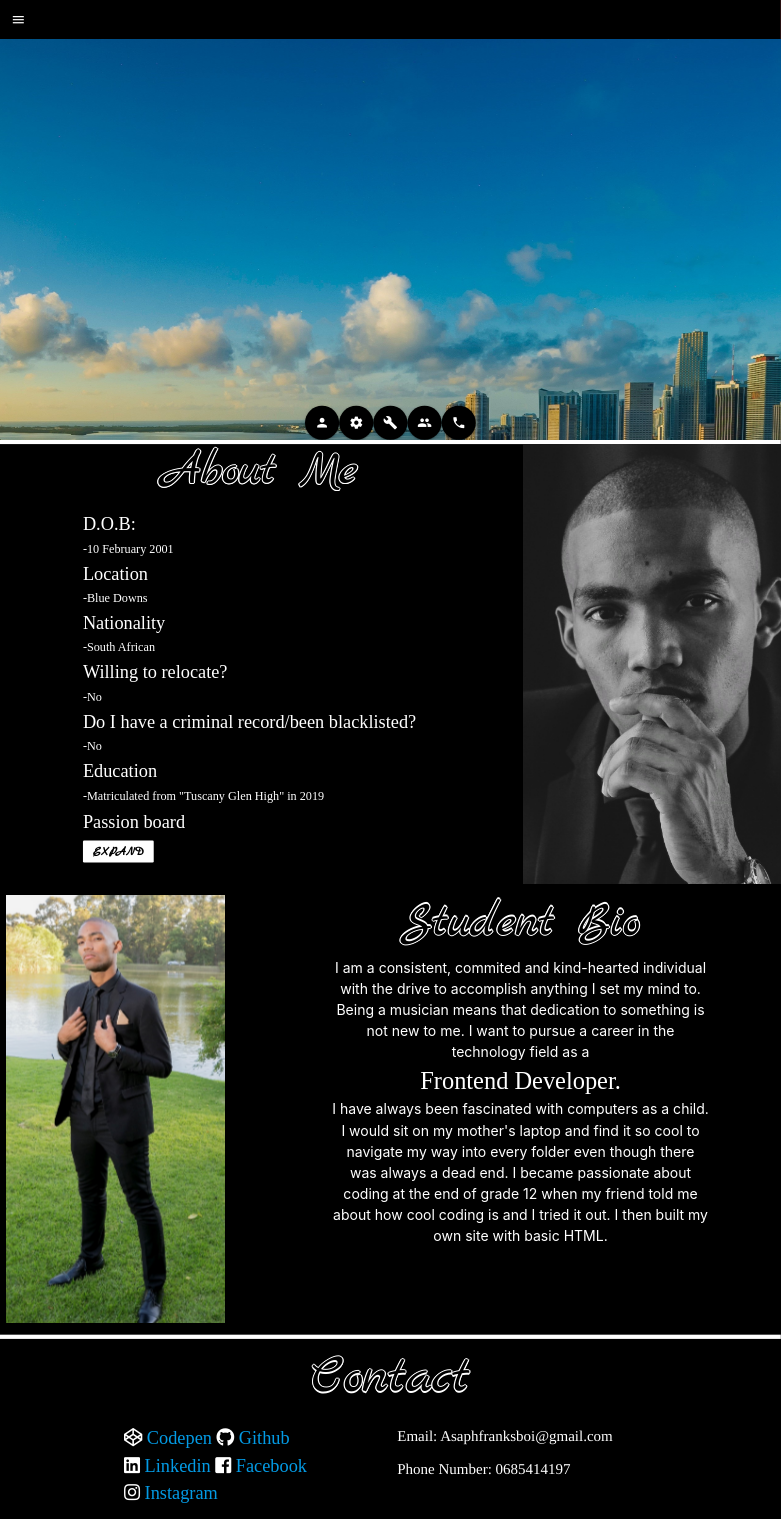
Repository: Ajtheult/portfolio.v3
Page: /portfolio-v3
These files come from the project's save history. The page is drawn as it stood at one moment and after the next save; the edit follows.
The browser window is 1280 px wide. The pictures show the whole page, at 61% of full size.
Some web fonts or font styles are not loaded; a fallback is used. The project was rebuilt for these pictures with package versions that can differ from the ones it lists, and the page was loaded fresh each time. Also part of the build but not shown: src/components/layout/pages/Skills.js, src/components/layout/pages/MyWork.js, src/components/layout/pages/Testimonials.js.

Above is the page before, as saved 2020-07-18 12:08:49.

### public/index.html
<!DOCTYPE html>
<html lang="en">
  <head>
    <meta charset="utf-8" />
    <link rel="icon" href="%PUBLIC_URL%/favicon.ico" />
    <meta name="viewport" content="width=device-width, initial-scale=1" />
    <meta name="theme-color" content="#000000" />
    <meta
      name="description"
      content="Web site created using create-react-app"
    />

    <link rel="manifest" href="%PUBLIC_URL%/manifest.json" />
    <link
      href="https://fonts.googleapis.com/css2?family=Marck+Script&display=swap"
      rel="stylesheet"
    />
    <link
      href="https://fonts.googleapis.com/css2?family=Gruppo&display=swap"
      rel="stylesheet"
    />
    <link rel="manifest" href="%PUBLIC_URL%/manifest.json" />

    <link
      rel="stylesheet"
      href="https://fonts.googleapis.com/icon?family=Material+Icons"
    />

    <link
      rel="stylesheet"
      href="https://use.fontawesome.com/releases/v5.7.2/css/all.css"
      integrity="sha384-fnmOCqbTlWIlj8LyTjo7mOUStjsKC4pOpQbqyi7RrhN7udi9RwhKkMHpvLbHG9Sr"
      crossorigin="anonymous"
    />
    <title>Portfolio.v3</title>
  </head>
  <body>
    <noscript>You need to enable JavaScript to run this app.</noscript>
    <div id="root"></div>
  </body>
</html>

### src/index.js
import React from "react";
import ReactDOM from "react-dom";
import App from "./App";
import "materialize-css/dist/css/materialize.min.css";

ReactDOM.render(
  <React.StrictMode>
    <App />
  </React.StrictMode>,
  document.getElementById("root")
);

### src/App.js
import React from "react";

import { Home } from "./components/layout/pages/Home";
import { Skills } from "./components/layout/pages/Skills";
import { MyWork } from "./components/layout/pages/MyWork";
import { Testimonials } from "./components/layout/pages/Testimonials";
import Navbar from "./components/layout/navbar/Navbar";

import { BrowserRouter as Router, Route, Switch } from "react-router-dom";
import "./App.css";

function App() {
  return (
    <Router>
      <div className="App">
        <Navbar />

        <Switch>
          <Route exact path="/portfolio-v3" component={Home} />
          <Route path="/skills" component={Skills} />
          <Route path="/mywork" component={MyWork} />
          <Route path="/testimonials" component={Testimonials} />
        </Switch>
      </div>
    </Router>
  );
}

export default App;

### src/components/layout/pages/Home.js
import React from "react";
import background1 from "../resources/background1.jpg";
import me from "../resources/me.jpeg";
import me2 from "../resources/me2.jpg";
import M from "materialize-css";
import "../../../App.css";

import { Parallax } from "react-parallax";
import { Link } from "react-router-dom";

export const Home = () => {
  document.addEventListener("DOMContentLoaded", function () {
    var elems = document.querySelectorAll(".modal");
    // eslint-disable-next-line
    var instances = M.Modal.init(elems, {});
  });

  return (
    <div className="colour_of_about_text">
      <Parallax bgImage={background1} strength={1000}>
        <div style={{ height: 601 }}>
          <div className="style_for_landingpage">
            <h1 className="intro_name_top">Asaph Franks</h1>
            <h4 className="intro_name_bottom">Frontend Developer</h4>
          </div>
        </div>

        <a
          className="btn-floating btn-large waves-effect waves-light black center"
          href="#about"
        >
          <i className="material-icons">person</i> {/*About */}
        </a>
        <Link
          className="btn-floating btn-large waves-effect waves-light black center"
          to="/skills"
        >
          <i className="material-icons">settings</i> {/*Skills*/}
        </Link>
        <Link
          to="/mywork"
          className="btn-floating btn-large waves-effect waves-light black center"
        >
          <i className="material-icons">build</i> {/*Work*/}
        </Link>
        <Link
          to="/testimonials"
          className="btn-floating btn-large waves-effect waves-light black center"
        >
          <i className="material-icons">people</i> {/*Testimonials*/}
        </Link>
        <a
          className="btn-floating btn-large waves-effect waves-light black center"
          href="#contact"
        >
          <i className="material-icons">phone</i> {/*Contact*/}
        </a>
      </Parallax>
      <div style={{ height: "1vh" }} className="white move_the_con" />
      <div className="row">
        <div className="col s8">
          {" "}
          {/* Information on About page-Start */}
          <div className="container">
            <h1 className="about-title" id="about">
              About Me
            </h1>

            <h5 className="my_info">D.O.B:</h5>
            <p className="my_info_2">-10 February 2001</p>
            <h5 className="my_info"> Location </h5>
            <p className="my_info_2">-Blue Downs</p>
            <h5 className="my_info">Nationality</h5>
            <p className="my_info_2">-South African</p>
            <h5 className="my_info">Willing to relocate?</h5>
            <p className="my_info_2">-No</p>
            <h5 className="my_info">
              Do I have a criminal record/been blacklisted?
            </h5>
            <p className="my_info_2">-No</p>
            <h5 className="my_info">Education</h5>
            <p className="my_info_2">
              -Matriculated from "Tuscany Glen High" in 2019
            </p>
            <h4 className="my_info">Passion board</h4>
            <div className="my_info_3">
              <a
                className="waves-effect waves-light btn modal-trigger white"
                href="#modal1"
              >
                <p className="black_text margin_on_top">Expand</p>
              </a>
              <div id="modal1" className="modal bottom-sheet">
                <div className="modal-content">
                  <h4 className="black_text passion_heading">Passion Board</h4>
                  <div className="black_text">
                    {" "}
                    <h4 className="passion_content">-Music</h4>
                    <h4 className="passion_content">-Playing Video games</h4>
                    <h4 className="passion_content">-Playing Table Tennis</h4>
                    <h4 className="passion_content">-Watching anime</h4>
                    <h4 className="passion_content">-Drawing</h4>
                  </div>
                </div>
              </div>
            </div>
          </div>
          {/* Information on About page-Start */}
        </div>
        <div>
          <Parallax
            bgImage={me}
            strength={500}
            style={{ width: "33%" }}
            className="right"
          >
            <div style={{ height: "100vh" }}></div>
          </Parallax>
        </div>
      </div>

      <div className="row">
        <div className="col s5">
          <Parallax bgImage={me2} strength={150} style={{ width: "70%" }}>
            <div style={{ height: 700 }}>
              <div className="intro_name style_for_landingpage"></div>
            </div>
          </Parallax>
        </div>

        <div className="col s7 about_container" style={{ width: "50%" }}>
          <h6 className="about-title center">Student Bio</h6>
          <p className="student_bio ">
            I am a consistent, commited and kind-hearted individual with the
            drive to accomplish anything I set my mind to. Being a musician
            means that dedication to something is not new to me. I want to
            pursue a career in the technology field as a <br />
            <strong className="big_frontend">
              Frontend Developer.
            </strong> <br /> I have always been fascinated with computers as a
            child. I would sit on my mother's laptop and find it so cool to
            navigate my way into every folder even though there was always a
            dead end. I became passionate about coding at the end of grade 12
            when my friend told me about how cool coding is and I tried it out.
            I then built my own site with basic HTML.
          </p>
        </div>
      </div>
      {/* Contact section */}
      <div style={{ height: "1vh" }} className="white move_the_con" />
      <footer style={{ fontFamily: "Times" }} className="page-footer black">
        <div className="container" id="contact">
          <div className="row">
            <h1 className="contact-title">Contact</h1>
            <div className="col l6 s12">
              {" "}
              <div className="logos">
                <i className="fab fa-codepen">
                  {" "}
                  <a href="https://codepen.io/ajtheult">Codepen&nbsp;</a>{" "}
                </i>
                <i className="fab fa-github">
                  {" "}
                  <a href="https://github.com/Ajtheult">Github&nbsp;</a>{" "}
                </i>
                <i className="fab fa-linkedin">
                  {" "}
                  <a href="https://www.linkedin.com/in/asaph-franks-307a231a5/">
                    Linkedin&nbsp;
                  </a>{" "}
                </i>
                <i className="fab fa-facebook-square">
                  {" "}
                  <a href="https://www.facebook.com/asaph.franks.7/">
                    Facebook&nbsp;
                  </a>{" "}
                </i>
                <i className="fab fa-instagram">
                  {" "}
                  <a href="https://www.instagram.com/aj_the_ultimate/?fbclid=IwAR1maxejej29IRwM2tTQavtbmTC9TFLbAwZoi52WwiJhzLvcEucPXSZHX2o">
                    Instagram&nbsp;
                  </a>{" "}
                </i>
              </div>
            </div>
            <div className="col l6 s12" style={{ marginTop: "-10px" }}>
              <h5 className="left">Email: Asaphfranksboi@gmail.com</h5>
              <br />
              <h5 className="left">Phone Number: 0685414197</h5>
            </div>
            {/* Contact details and icons */}
          </div>
        </div>
      </footer>
    </div>
  );
};

### src/components/layout/navbar/Navbar.js
/* eslint-disable no-unused-vars */
import React, { Component } from "react";
import M from "materialize-css/dist/js/materialize.min.js";
import me from "./me.jpg";
import music from "./music.jpg";
import "../../../App.css";
import { Link } from "react-router-dom";

export class Navbar extends Component {
  componentDidMount() {
    document.addEventListener("DOMContentLoaded", function () {
      var elems = document.querySelectorAll(".sidenav");
      var instances = M.Sidenav.init(elems, {});
    });
  }

  render() {
    return (
      <div>
        <nav>
          <div className="nav-wrapper colour">
            <a
              href="#home"
              data-target="slide-out"
              className="sidenav-trigger show-on-large"
            >
              <i className="material-icons">menu</i>
            </a>
          </div>
        </nav>

        <ul id="slide-out" className="sidenav">
          <li>
            <div className="user-view">
              <div className="background">
                <img className="background_img" src={music} alt="img" />
              </div>

              <img className="circle" src={me} alt="img of me" />

              <span className="black-text name move_me">Asaph Franks</span>

              <span className="black-text email  move_me">
                Asaphfranksboi@gmail.com
              </span>
            </div>
            {/* Change font so that the name can be better read */}
          </li>
          <Link to="/portfolio-v3">
            <li className="colour_of_nav">Home</li>
          </Link>{" "}
          <br />
          <Link to="/skills">
            <li className="colour_of_nav">Skills</li>
          </Link>
          <br />
          <Link to="/mywork">
            <li className="colour_of_nav">Work</li>
          </Link>
          <br />
          <Link to="/testimonials">
            <li className="colour_of_nav">Testimonials</li>
          </Link>
        </ul>
      </div>
    );
  }
}

export default Navbar;

### src/App.css
.App {
  text-align: center;
}

body {
  background-color: black;
  color: white;
}
.background_img {
  width: 100%;
  height: 100%;
}

.move_me {
  text-align: left;
}

.colour {
  background-color: black;
}

img.bg {
  /* Set rules to fill background */
  min-height: 100%;
  min-width: 1024px;

  /* Set up proportionate scaling */
  width: 100%;
  height: auto;

  /* Set up positioning */
  position: fixed;
  top: 0;
  left: 0;
  z-index: -1;
}

div.admin-bg {
  /* Set up positioning */
  position: fixed;
  top: 0;
  left: 0;
  z-index: -1;
  background-color: black;
}

@media screen and (max-width: 1024px) {
  /* Specific to this particular image */
  img.bg {
    left: 50%;
    margin-left: -512px; /* 50% */
  }
}

.intro_name_top {
  font-family: "Marck Script", cursive;
  font-size: 130px;
  color: black;
  text-shadow: 2px 0 0 #fff, -2px 0 0 #fff, 0 2px 0 #fff, 0 -2px 0 #fff,
    1px 1px #fff, -1px -1px 0 #fff, 1px -1px 0 #fff, -1px 1px 0 #fff;
}
.testimonial_title {
  font-family: "Marck Script", cursive;
  color: black;
  font-size: 80px;
  text-shadow: 2px 0 0 #fff, -2px 0 0 #fff, 0 2px 0 #fff, 0 -2px 0 #fff,
    1px 1px #fff, -1px -1px 0 #fff, 1px -1px 0 #fff, -1px 1px 0 #fff;
}

.intro_name_bottom {
  font-size: 60px;
  color: #000000;
  font-weight: bold;
  text-shadow: 2px 0 0 #fff, -2px 0 0 #fff, 0 2px 0 #fff, 0 -2px 0 #fff,
    1px 1px #fff, -1px -1px 0 #fff, 1px -1px 0 #fff, -1px 1px 0 #fff;
  font-family: "Gruppo", cursive;
}

.logos {
  text-align: left;
  font-size: 30px;
}

.contact-title {
  margin-top: -5px;
  font-family: "Marck Script", cursive;
  font-size: 90px;
  color: black;
  text-shadow: 2px 0 0 #fff, -2px 0 0 #fff, 0 2px 0 #fff, 0 -2px 0 #fff,
    1px 1px #fff, -1px -1px 0 #fff, 1px -1px 0 #fff, -1px 1px 0 #fff;
}

.about-title {
  margin-top: 1px;
  font-family: "Marck Script", cursive;
  font-size: 80px;
  color: black;
  text-shadow: 2px 0 0 #fff, -2px 0 0 #fff, 0 2px 0 #fff, 0 -2px 0 #fff,
    1px 1px #fff, -1px -1px 0 #fff, 1px -1px 0 #fff, -1px 1px 0 #fff;
}

.student_bio {
  margin-top: 2%;
  font-size: 23px;
}

.big_frontend {
  font-size: 40px;
  font-family: "Gruppo", cursive;
}

.move_the_name {
  margin-top: -12px;
  font-size: 20px;
  font-weight: bold;
}

.enlarge_paragraph {
  font-size: 22px;
  font-family: "Times New Roman", Times, serif;
}

.my_info {
  font-size: 30px;
  text-align: left;
  font-family: "Gruppo", cursive;
}

.my_info_2 {
  font-size: 20px;
  text-align: left;
  line-height: 8px;
  font-family: "Times New Roman", Times, serif;
}

.my_info_3 {
  font-size: 25px;
  text-align: left;
  line-height: 8px;
  font-family: "Times New Roman", Times, serif;
}

.black_text {
  color: black;
}

.passion_heading {
  text-align: center;
  font-family: "Marck Script", cursive;
  font-size: 45px;
}

.passion_content {
  font-family: "Gruppo", cursive;
  font-weight: bold;
  line-height: 25px;
}

.margin_on_top {
  margin-top: 1px;
  font-size: 20px;
  font-family: "Marck Script", cursive;
  font-weight: bold;
}

.my_work_desc {
  font-size: 20px;
  font-family: "Times New Roman", Times, serif;
}

.my_work_title {
  font-family: "Gruppo", cursive;
  color: black;
  font-size: 30px;
  text-shadow: 2px 0 0 rgb(0, 0, 0), -2px 0 0 rgb(0, 0, 0), 0 2px 0 #fff,
    0 -2px 0 #fff, 1px 1px #fff, -1px -1px 0 #fff, 1px -1px 0 #fff,
    -1px 1px 0 #fff;
}

.link-size {
  font-size: 40px;
  margin-top: -40px;
  padding: 1%;
  text-align: left;
  margin-left: 60px;
  font-family: "Gruppo", cursive;
  color: blue;
}

.button_margin {
  margin-top: 5px;
}

.work_title {
  font-family: "Marck Script", cursive;
  color: black;
  font-size: 50px;
  text-shadow: 2px 0 0 #fff, -2px 0 0 #fff, 0 2px 0 #fff, 0 -2px 0 #fff,
    1px 1px #fff, -1px -1px 0 #fff, 1px -1px 0 #fff, -1px 1px 0 #fff;
}

.colour_of_nav {
  color: black;
  margin-top: -30px;
}

.style_for_landingpage {
  margin-left: 50%;
  margin-top: 45%;
  position: absolute;
  padding: 50px;
  width: 70%;
  transform: "translate(-50%, -50%)";
}

After the next save:
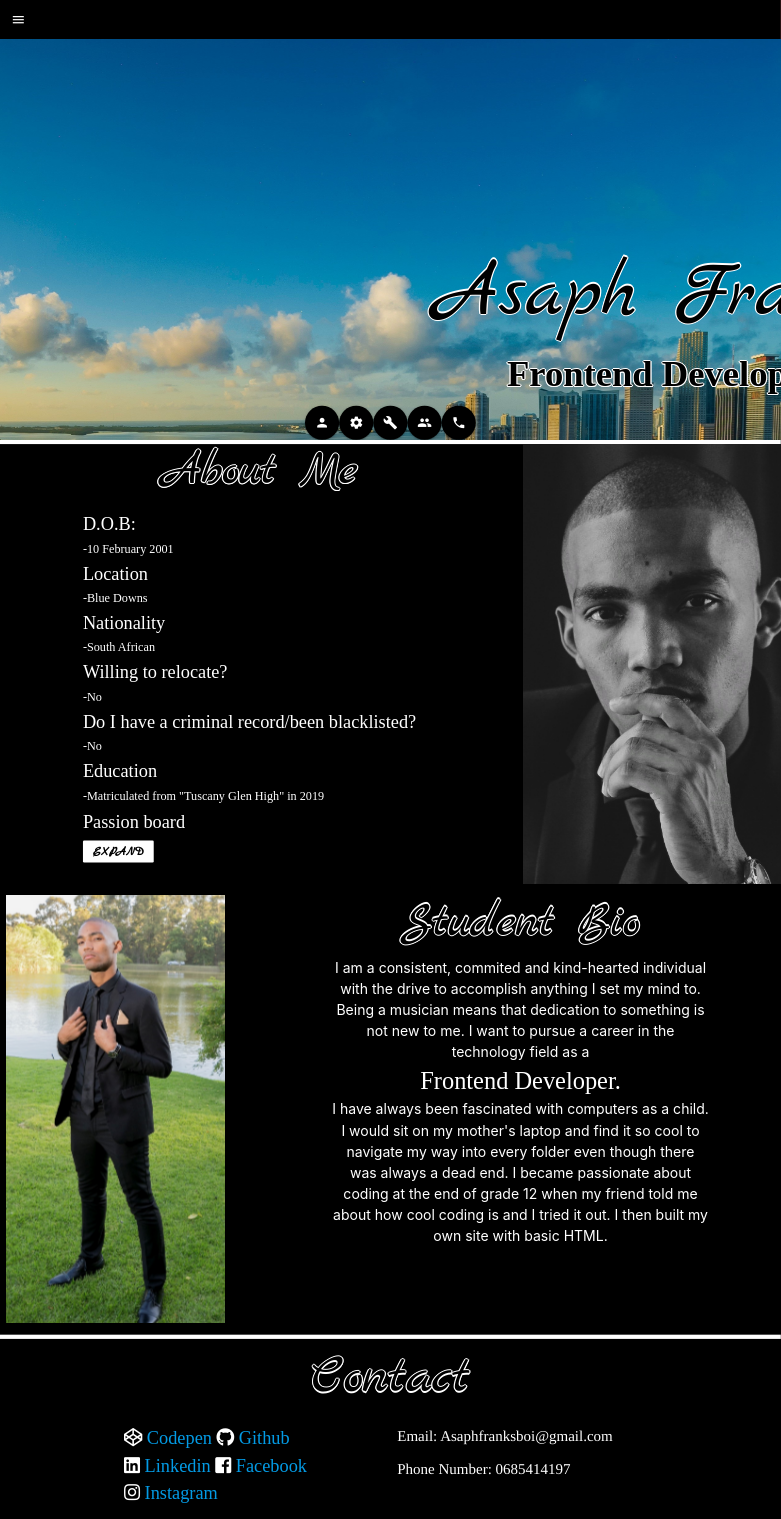
Saved 55 s later.
--- a/src/App.css
+++ b/src/App.css
@@ -206,7 +206,7 @@ div.admin-bg {
 
 .style_for_landingpage {
   margin-left: 50%;
-  margin-top: 45%;
+  margin-top: 20%;
   position: absolute;
   padding: 50px;
   width: 70%;
